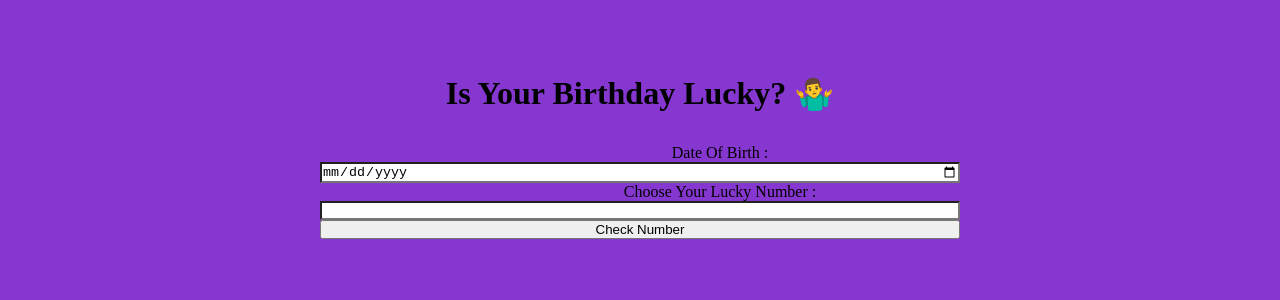
Repository: patelamancode/Lucky-Birthday-App
Page: index.html
These files come from the project's save history. The page is drawn as it stood at one moment and after the next save; the edit follows.
The browser window is 1280 px wide. The pictures show the whole page.

Above is the page before, as saved 2022-11-21 17:06:46.

### index.html
<!DOCTYPE html>
<html lang="en">
<head>
    <meta charset="UTF-8">
    <meta http-equiv="X-UA-Compatible" content="IE=edge">
    <meta name="viewport" content="width=device-width, initial-scale=1.0">
    <link rel="stylesheet" href="index.css">
    <title>Is your birthday lucky</title>
</head>
<body>
    <div id="main-container">
        <h1 class="app-title">Is Your Birthday Lucky? 🤷‍♂️</h1>
        <label for="date-of-birth" class="dob">Date Of Birth :</label>
        <input type="date" class="selected-dob">
        <label for="lucky-number" class="favourite-number">Choose Your Lucky Number :</label>
        <input type="number" class="user-number">
        <button id="check-btn">Check Number</button>
    </div>

</body>
</html>

### index.css
*{
    margin: 0;
    padding: 0;
}
 body{
    background-color: rgb(134, 55, 207);
 }

 #main-container {
    display: flex;
    flex-direction: column;
    width: 50vw;
    margin: auto;
    margin-top: 2rem;
    padding: 10px;
    text-align: center;
 }

 .app-title{
    margin: 2rem;
 }
 label{
    width: 50rem;
 }
 input{
    -webkit-appearance: none;
    box-shadow: none !important;
 }

After the next save:
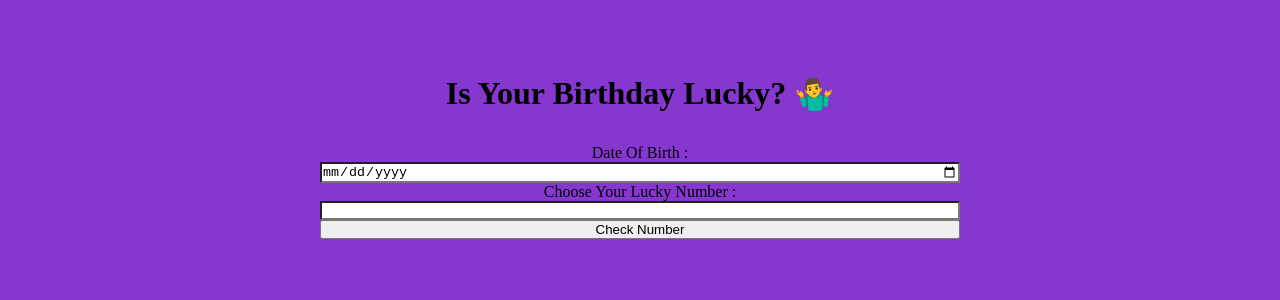
Saved 117 s later.
--- a/index.css
+++ b/index.css
@@ -20,7 +20,7 @@
     margin: 2rem;
  }
  label{
-    width: 50rem;
+    width: auto;
  }
  input{
     -webkit-appearance: none;
